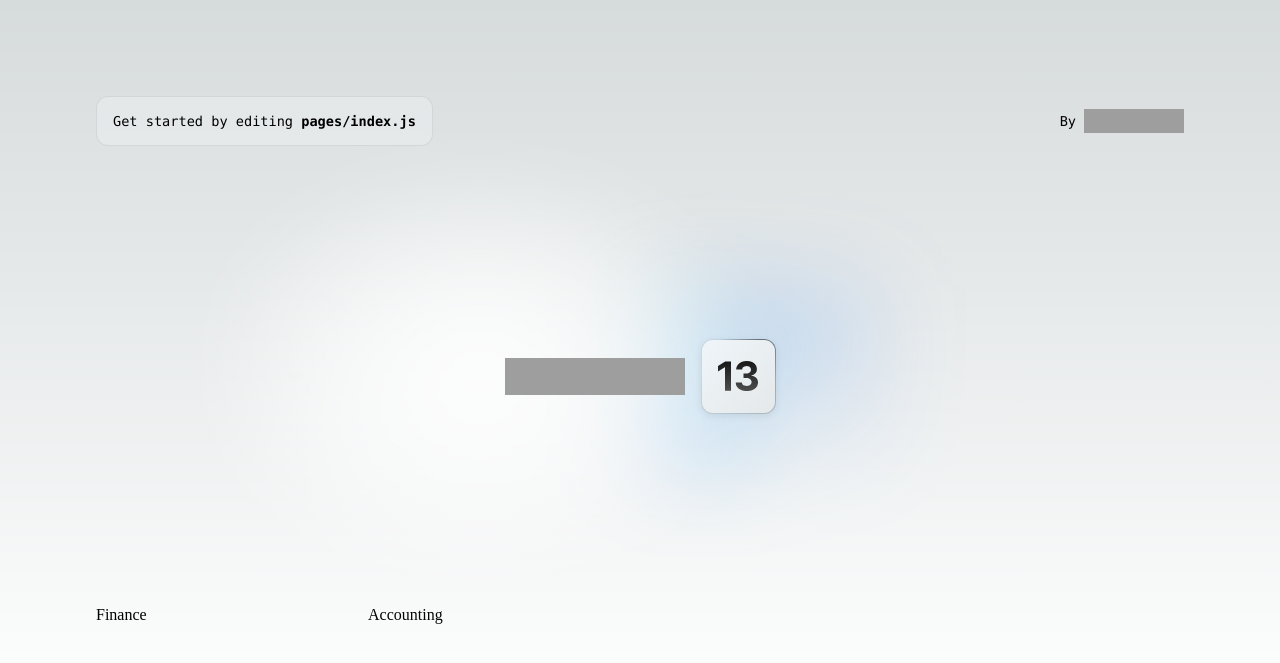
Repository: karthur1/class-example-3
Page: /
These files come from the project's save history. The page is drawn as it stood at one moment and after the next save; the edit follows.
The browser window is 1280 px wide. The pictures show the whole page.
Pictures or frames that could not be fetched are drawn as grey boxes. The project was rebuilt for these pictures with package versions that can differ from the ones it lists, and the page was loaded fresh each time. The framework's server and built-in components were replaced by stand-ins that run in the browser. Also part of the build but not shown: next.config.js.

Above is the page before, as saved 2023-01-16 10:41:57.

### pages/index.js
import Head from 'next/head'
import Image from 'next/image'
import { Inter } from '@next/font/google'
import styles from '@/styles/Home.module.css'
import data from '../data/education.json'
import {useState} from 'react'

const inter = Inter({ subsets: ['latin'] })

export default function Home() {

  console.log(data)
  const [information, setInformation] = useState([...data])


  return (
    <>
      <Head>
        <title>Create Next App</title>
        <meta name="description" content="Generated by create next app" />
        <meta name="viewport" content="width=device-width, initial-scale=1" />
        <link rel="icon" href="/favicon.ico" />
      </Head>
      <main className={styles.main}>
        <div className={styles.description}>
          <p>
            Get started by editing&nbsp;
            <code className={styles.code}>pages/index.js</code>
          </p>
          <div>
            <a
              href="https://vercel.com?utm_source=create-next-app&utm_medium=default-template&utm_campaign=create-next-app"
              target="_blank"
              rel="noopener noreferrer"
            >
              By{' '}
              <Image
                src="/vercel.svg"
                alt="Vercel Logo"
                className={styles.vercelLogo}
                width={100}
                height={24}
                priority
              />
            </a>
          </div>
        </div>

        <div className={styles.center}>
          <Image
            className={styles.logo}
            src="/next.svg"
            alt="Next.js Logo"
            width={180}
            height={37}
            priority
          />
          <div className={styles.thirteen}>
            <Image
              src="/thirteen.svg"
              alt="13"
              width={40}
              height={31}
              priority
            />
          </div>
        </div>

        <div className={styles.grid}>
          {information && information.map((info, index) => {
            if(info.department === "Business") {

             return(
            <div key={index}>{info.degree}</div>
            )
          }
        })}
        </div>
      </main>
    </>
  )
}

### data/education.json
[
        {
            "studentNumber": "A0004567",
            "firstName": "Person 1",
            "gpa": 3.8,
            "department": "Business",
            "degree": "Finance",
            "graduted": 2014
        },
        {
            "studentNumber": "A0001234",
            "firstName": "Person 2",
            "gpa": 3.5,
            "department": "Business",
            "degree": "Accounting",
            "graduted": 2010
        },
        {
            "studentNumber": "A0007890",
            "firstName": "Person 3",
            "gpa": 3.2,
            "department": "Computing",
            "degree": "Applied Software Development Certificate",
            "graduted": 2018
        },
        {
            "studentNumber": "A0007828",
            "firstName": "Person 4",
            "gpa": 3.9,
            "department": "Computing",
            "degree": "Computer Systems Diploma",
            "graduted": 2021
        },
        {
            "studentNumber": "A0003425",
            "firstName": "Person 5",
            "gpa": 3.2,
            "department": "Computing",
            "degree": "Applied Computer Information Systems Certificate",
            "graduted": 2021
        }
]

Loaded but not shown: pages/_app.js (common file); pages/_document.js (common file); styles/globals.css (common file); styles/Home.module.css (common file)

After the next save:
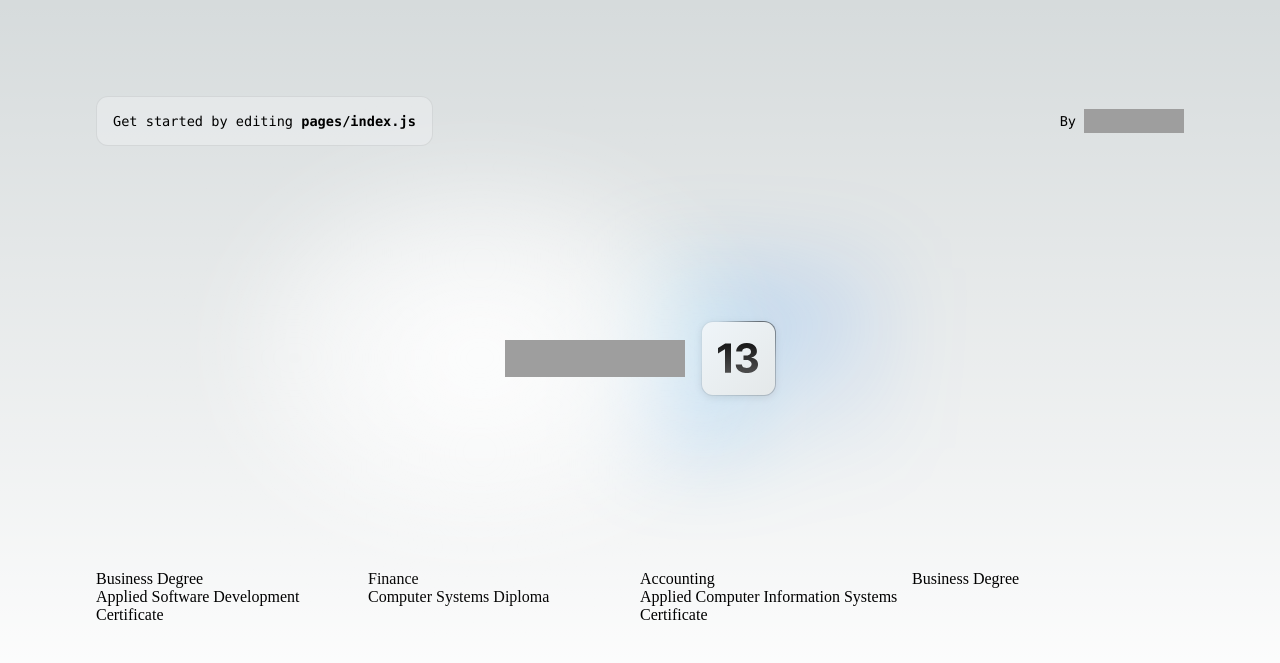
Saved 5 min 57 s later.
--- a/pages/index.js
+++ b/pages/index.js
@@ -67,8 +67,18 @@ export default function Home() {
         </div>
 
         <div className={styles.grid}>
+          <div>Business Degree</div>
           {information && information.map((info, index) => {
             if(info.department === "Business") {
+
+             return(
+            <div key={index}>{info.degree}</div>
+            )
+          }
+        })}
+                  <div>Business Degree</div>
+          {information && information.map((info, index) => {
+            if(info.department === "Computing") {
 
              return(
             <div key={index}>{info.degree}</div>
